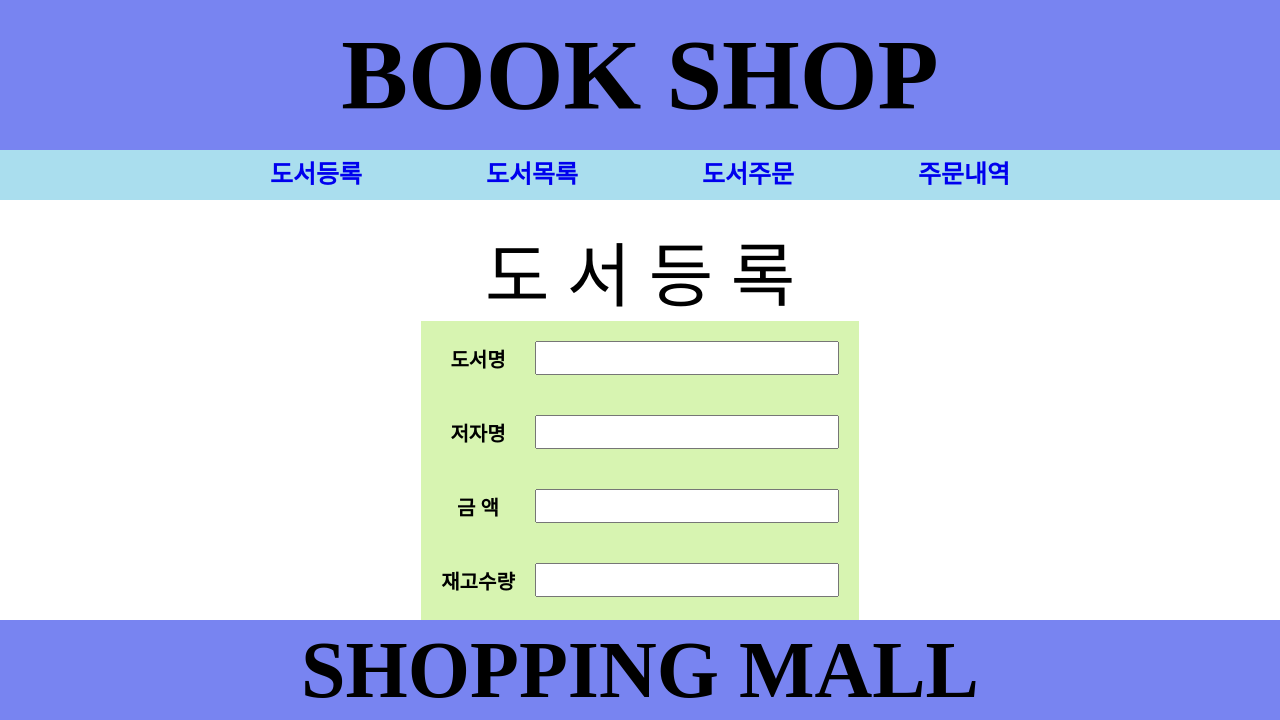
Repository: eunmiyo/BookShop
Page: http://localhost/Book/add
An editor plug-in stored every save of this project. The page is shown before and after the next save, followed by the edit.
The browser window is 1280 px wide. The pictures show the whole page.
The page is served by Tomcat 9.

Above is the page before, as saved 2022-12-29 06:11:03.

After the next save:
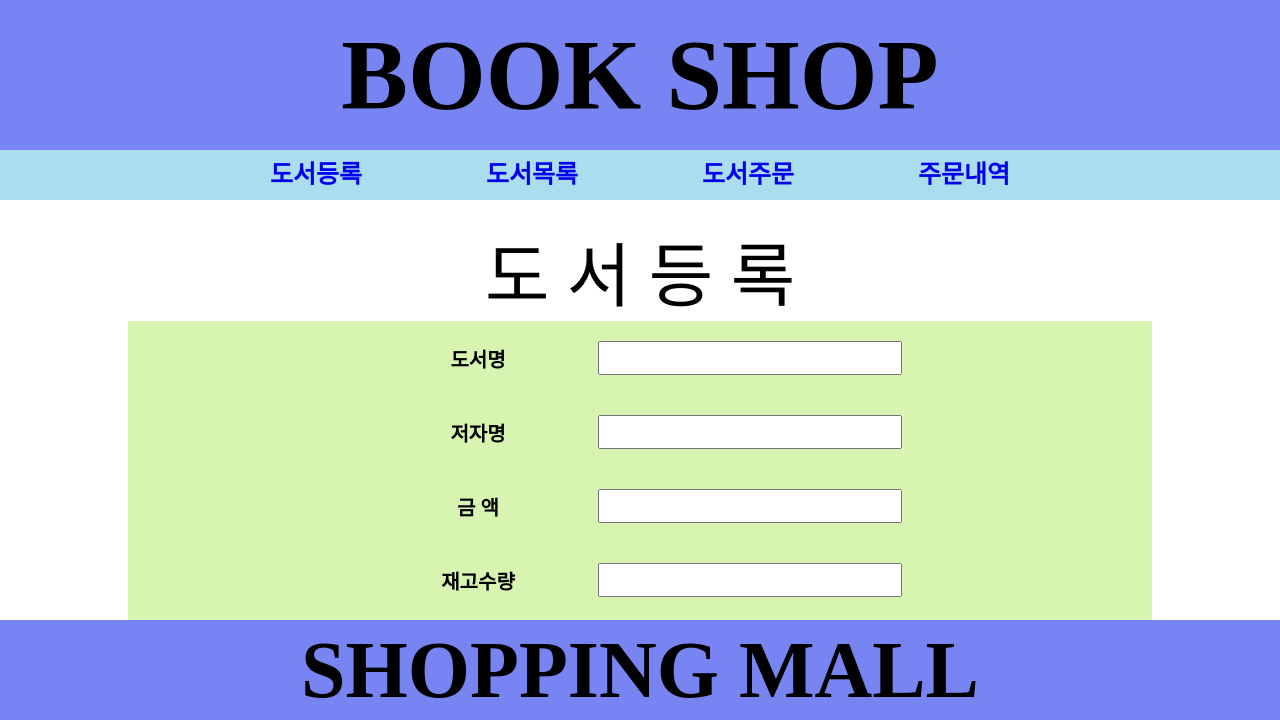
Saved 33 s later.
--- a/Book/src/main/webapp/style.css
+++ b/Book/src/main/webapp/style.css
@@ -70,6 +70,7 @@ table {
     margin-right:auto;
     border-collapse: collapse;
 	font-size: 20px;
+	width: 80%;
 }
 
 .buyList {
